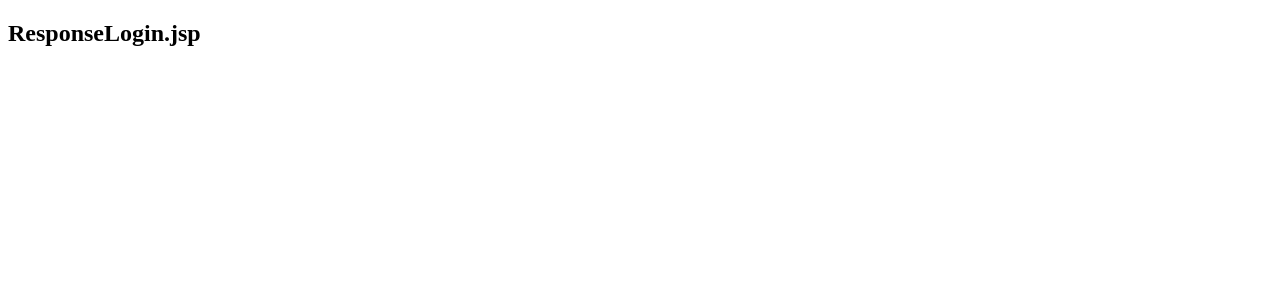
Repository: topblame/Bootcamp
Page: http://localhost/JSP_250408/chapter01/ResponseLogin.jsp
These files come from the project's save history. The page is drawn as it stood at one moment and after the next save; the edit follows.
The browser window is 1280 px wide. The pictures show the whole page.
The page is served by Tomcat 9. Other server files are loaded and not shown.

Above is the page before, as saved 2025-06-24 07:01:49.

### WebMvc/JSP_250408/src/main/webapp/chapter01/ResponseLogin.jsp
<%@ page language="java" contentType="text/html; charset=UTF-8"
    pageEncoding="UTF-8"%>
<!DOCTYPE html PUBLIC "-//W3C//DTD HTML 4.01 Transitional//EN" "http://www.w3.org/TR/html4/loose.dtd">
<html>
<head>
<meta http-equiv="Content-Type" content="text/html; charset=UTF-8">
<title>ResponseLogin.jsp</title>
</head>
<body>
<h2>ResponseLogin.jsp</h2>
<%session.getAttribute("id");

%>
</body>
</html>

After the next save:
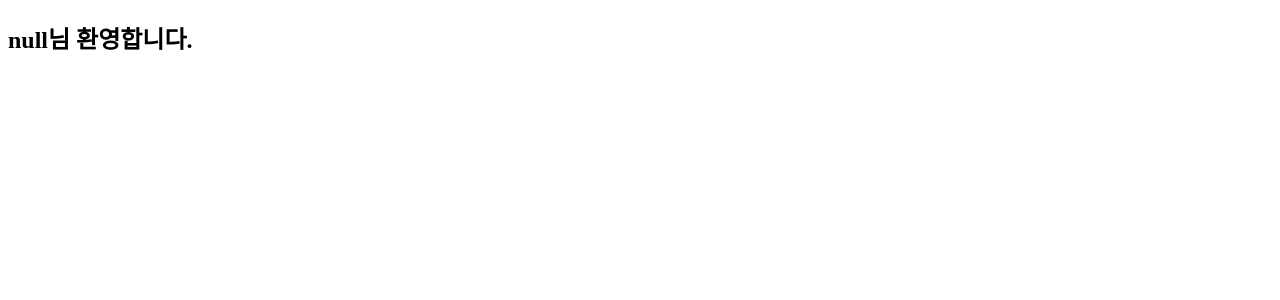
Saved 62 s later.
--- a/WebMvc/JSP_250408/src/main/webapp/chapter01/ResponseLogin.jsp
+++ b/WebMvc/JSP_250408/src/main/webapp/chapter01/ResponseLogin.jsp
@@ -7,9 +7,10 @@
 <title>ResponseLogin.jsp</title>
 </head>
 <body>
-<h2>ResponseLogin.jsp</h2>
-<%session.getAttribute("id");
+<%
+String id = (String)session.getAttribute("id");
 
 %>
+<h2><%=id %>님 환영합니다.</h2>
 </body>
 </html>
